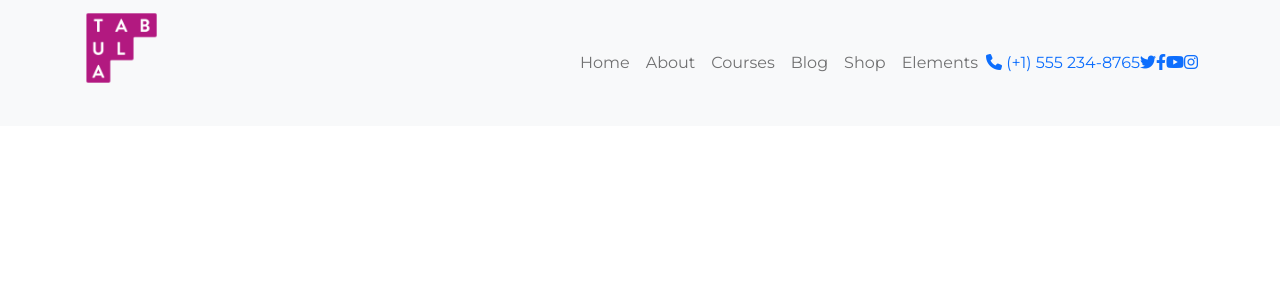
Repository: minhtrivu6199/tabula
Page: index.html
An editor plug-in stored every save of this project. The page is shown before and after the next save, followed by the edit.
The browser window is 1280 px wide. The pictures show the whole page.
Some web libraries are served in a nearby version. The style sheet was rebuilt from its Sass, Less or Tailwind sources for each picture, by a compiler version that may differ from the author's.

Above is the page before, as saved 2022-09-27 15:31:09.

### index.html
<!DOCTYPE html>
<html lang="en">
  <head>
    <title>Tabula</title>
    <link rel="shortcut icon" href="img/crest.png" type="image/x-icon" />
    <!-- Required meta tags -->
    <meta charset="utf-8" />
    <meta
      name="viewport"
      content="width=device-width, initial-scale=1, shrink-to-fit=no"
    />

    <!-- Font -->
    <link rel="preconnect" href="https://fonts.googleapis.com" />
    <link rel="preconnect" href="https://fonts.gstatic.com" crossorigin />
    <link
      href="https://fonts.googleapis.com/css2?family=Montserrat:wght@300;400;500;600;700&display=swap"
      rel="stylesheet"
    />

    <!-- Bootstrap CSS v5.2.0-beta1 -->
    <link
      rel="stylesheet"
      href="https://cdn.jsdelivr.net/npm/bootstrap@5.2.0/dist/css/bootstrap.min.css"
      integrity="sha384-gH2yIJqKdNHPEq0n4Mqa/HGKIhSkIHeL5AyhkYV8i59U5AR6csBvApHHNl/vI1Bx"
      crossorigin="anonymous"
    />

    <!-- FontAwesome 6.1.1 CSS -->
    <link
      rel="stylesheet"
      href="https://cdnjs.cloudflare.com/ajax/libs/font-awesome/6.1.1/css/all.min.css"
      integrity="sha512-KfkfwYDsLkIlwQp6LFnl8zNdLGxu9YAA1QvwINks4PhcElQSvqcyVLLD9aMhXd13uQjoXtEKNosOWaZqXgel0g=="
      crossorigin="anonymous"
      referrerpolicy="no-referrer"
    />

    <!-- CSS -->
    <link rel="stylesheet" href="./css/style.min.css" />
  </head>

  <body>
    <header class="header">
      <nav class="navbar navbar-expand-lg navbar-fixed-top bg-light">
        <div class="container">
          <div class="header-left">
            <a href="" class="navbar-brand logo">
              <img src="./img/crest.png" alt="" />
            </a>
          </div>
          <div class="header-right">
            <div class="header-menu d-xs-none">
              <ul class="navbar-nav menu">
                <li class="nav-item">
                  <a href="" class="nav-link"> Home </a>
                </li>
                <li class="nav-item">
                  <a href="" class="nav-link"> About </a>
                </li>
                <li class="nav-item">
                  <a href="" class="nav-link"> Courses </a>
                </li>
                <li class="nav-item">
                  <a href="" class="nav-link"> Blog </a>
                </li>
                <li class="nav-item">
                  <a href="" class="nav-link"> Shop </a>
                </li>
                <li class="nav-item">
                  <a href="" class="nav-link"> Elements </a>
                </li>
              </ul>
            </div>
            <div class="header-right-inner">
              <div class="header-btn">
                <a href="" class="btn-default btn-border btn-violet">
                  <span class="btnWidgetIcon">
                    <i class="fa fa-phone"></i>
                  </span>
                  <span class="btnWidgetText"> (+1) 555 234-8765 </span>
                </a>
              </div>
              <a href="" class="iconWidget">
                <div class="btnWidgetIcon">
                  <i class="fab fa-twitter"></i>
                </div>
              </a>
              <a href="" class="iconWidget">
                <div class="btnWidgetIcon">
                  <i class="fab fa-facebook-f"></i>
                </div>
              </a>
              <a href="" class="iconWidget">
                <div class="btnWidgetIcon">
                  <i class="fab fa-youtube"></i>
                </div>
              </a>
              <a href="" class="iconWidget">
                <div class="btnWidgetIcon">
                  <i class="fab fa-instagram"></i>
                </div>
              </a>
            </div>
          </div>
        </div>
      </nav>
    </header>
    <!-- Bootstrap JavaScript Libraries -->
    <script
      src="https://cdn.jsdelivr.net/npm/@popperjs/core@2.11.5/dist/umd/popper.min.js"
      integrity="sha384-Xe+8cL9oJa6tN/veChSP7q+mnSPaj5Bcu9mPX5F5xIGE0DVittaqT5lorf0EI7Vk"
      crossorigin="anonymous"
    ></script>

    <script
      src="https://cdn.jsdelivr.net/npm/bootstrap@5.2.0/dist/js/bootstrap.min.js"
      integrity="sha384-ODmDIVzN+pFdexxHEHFBQH3/9/vQ9uori45z4JjnFsRydbmQbmL5t1tQ0culUzyK"
      crossorigin="anonymous"
    ></script>
  </body>
</html>

### scss/style.scss
* {
    margin: 0;
    padding: 0;
    box-sizing: border-box;
}

html, body {
    font-family: 'Montserrat', sans-serif;
}

a {
    text-decoration: none;
}

ul {
    list-style: none;
}

.header {
    .navbar{
        .container {
            justify-content: space-between;
            .header-left {
                .logo {
                    img {
                        width: 80px;
                        display: block;
                    }
                }
            }

            .header-right {
                display: flex;
                justify-content: space-between;
                .header-menu {
                    .menu {
                        .nav-items {
                            display: block;
                            padding: 0 50px 0 0;
                            .nav-link {
                                font-weight: 600;
                                color: #000;
                                line-height: 80px;
                                display: block;
                                position: relative;
                                padding: 0;
                            }
                        }
                    }
                }

                .header-right-inner {
                    display: flex;
                    line-height: 38px;
                    align-items: center;
                    vertical-align: middle;
                    font-size: 16px;
                    .header-btn {

                    }

                    .iconWidget {

                    }
                }
            }
        }
    }
}

After the next save:
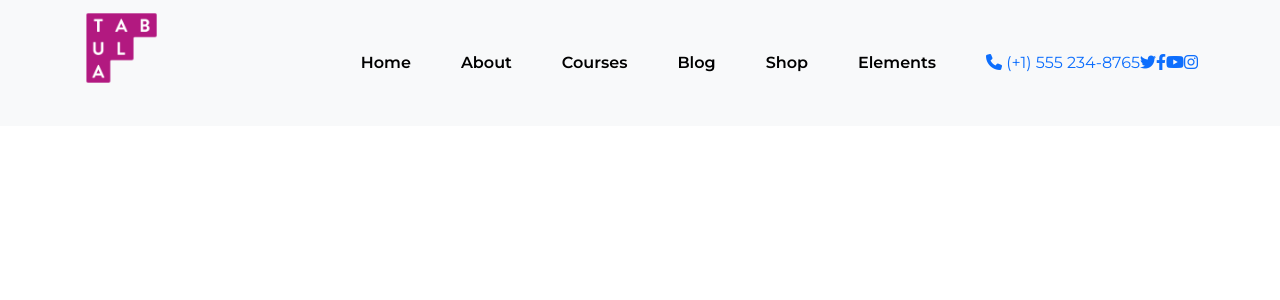
Saved 9 s later.
--- a/scss/style.scss
+++ b/scss/style.scss
@@ -34,7 +34,7 @@
                 justify-content: space-between;
                 .header-menu {
                     .menu {
-                        .nav-items {
+                        .nav-item {
                             display: block;
                             padding: 0 50px 0 0;
                             .nav-link {
